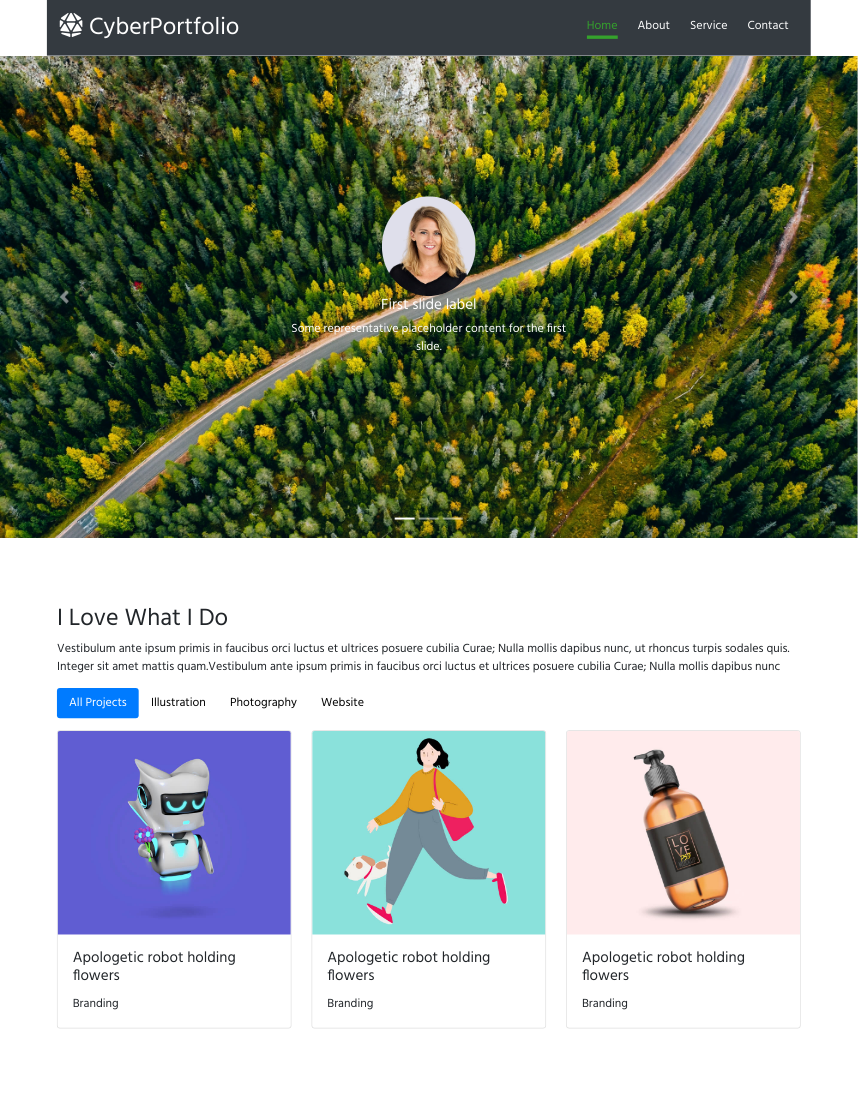
Repository: thanhfrankie/portfolio
Page: index.html
An editor plug-in stored every save of this project. The page is shown before and after the next save, followed by the edit.
The browser window is 1280 px wide. The pictures show the whole page, at 67% of full size.

Above is the page before, as saved 2023-11-30 09:40:41.

After the next save:
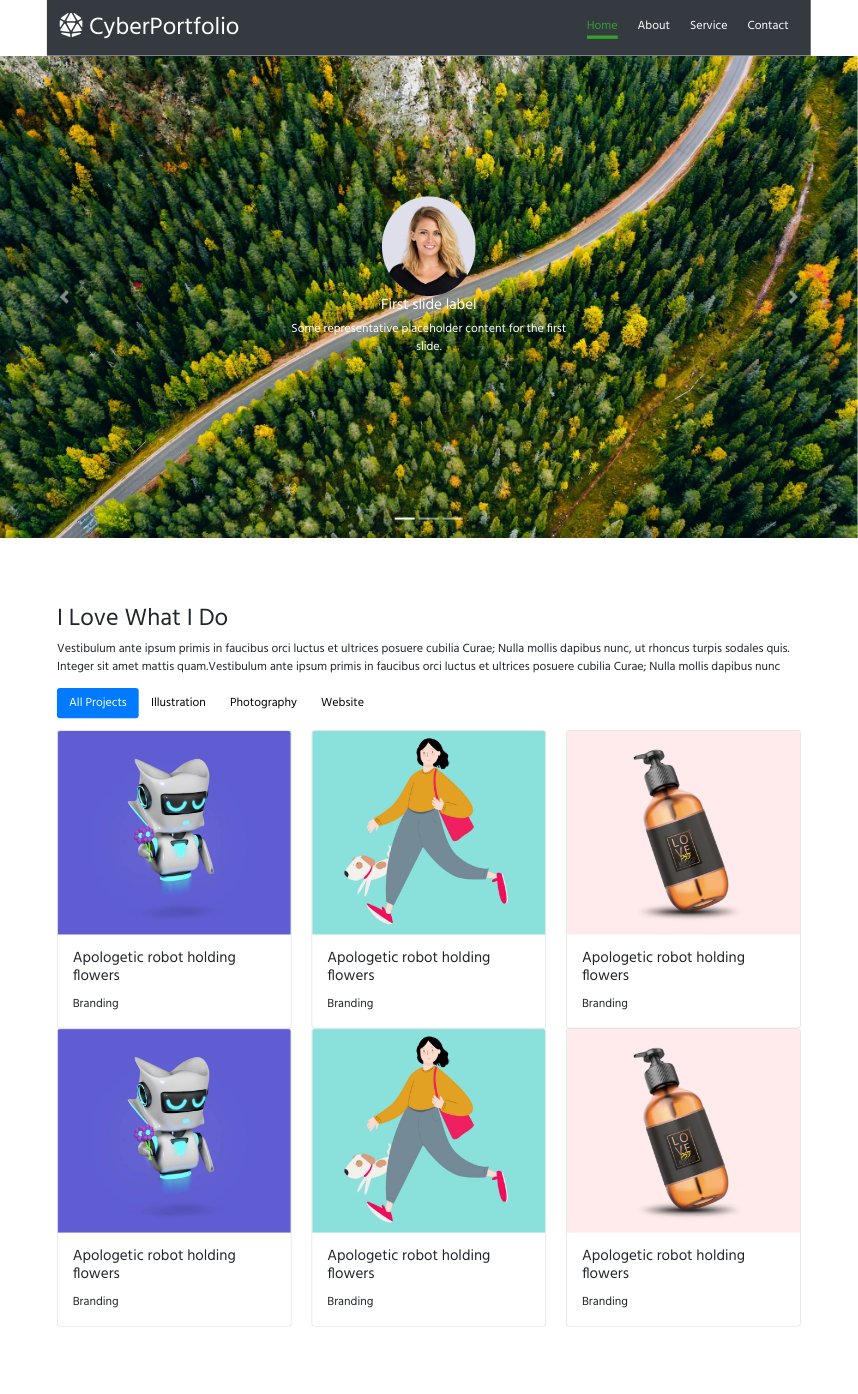
Saved 52 s later.
--- a/index.html
+++ b/index.html
@@ -158,7 +158,37 @@
               </div>
              </div>
              <!--! Cách 1: -->
-
+             <div class="row">
+              <div class="col-4">
+                <div class="card">
+                  <img src="./img/g1.jpg" class="card-img-top" alt="...">
+                  <div class="card-body">
+                    <h5 class="card-title">Apologetic robot holding flowers</h5>
+                    <p class="card-text">Branding</p>
+                  </div>
+                </div>
+              </div>
+              <div class="col-4">
+                <div class="card">
+                  <img src="./img/g2.jpg" class="card-img-top" alt="...">
+                  <div class="card-body">
+                    <h5 class="card-title">Apologetic robot holding flowers</h5>
+                    <p class="card-text">Branding</p>
+                  </div>
+                </div>
+
+              </div>
+              <div class="col-4">
+
+                <div class="card">
+                  <img src="./img/g3.jpg" class="card-img-top" alt="...">
+                  <div class="card-body">
+                    <h5 class="card-title">Apologetic robot holding flowers</h5>
+                    <p class="card-text">Branding</p>
+                  </div>
+                </div>
+              </div>
+             </div>
             </div>
             <div class="tab-pane fade" id="ilu" role="tabpanel" aria-labelledby="pills-profile-tab">Illustration</div>
             <div class="tab-pane fade" id="photo" role="tabpanel" aria-labelledby="pills-contact-tab">Photography</div>

After the save that followed:
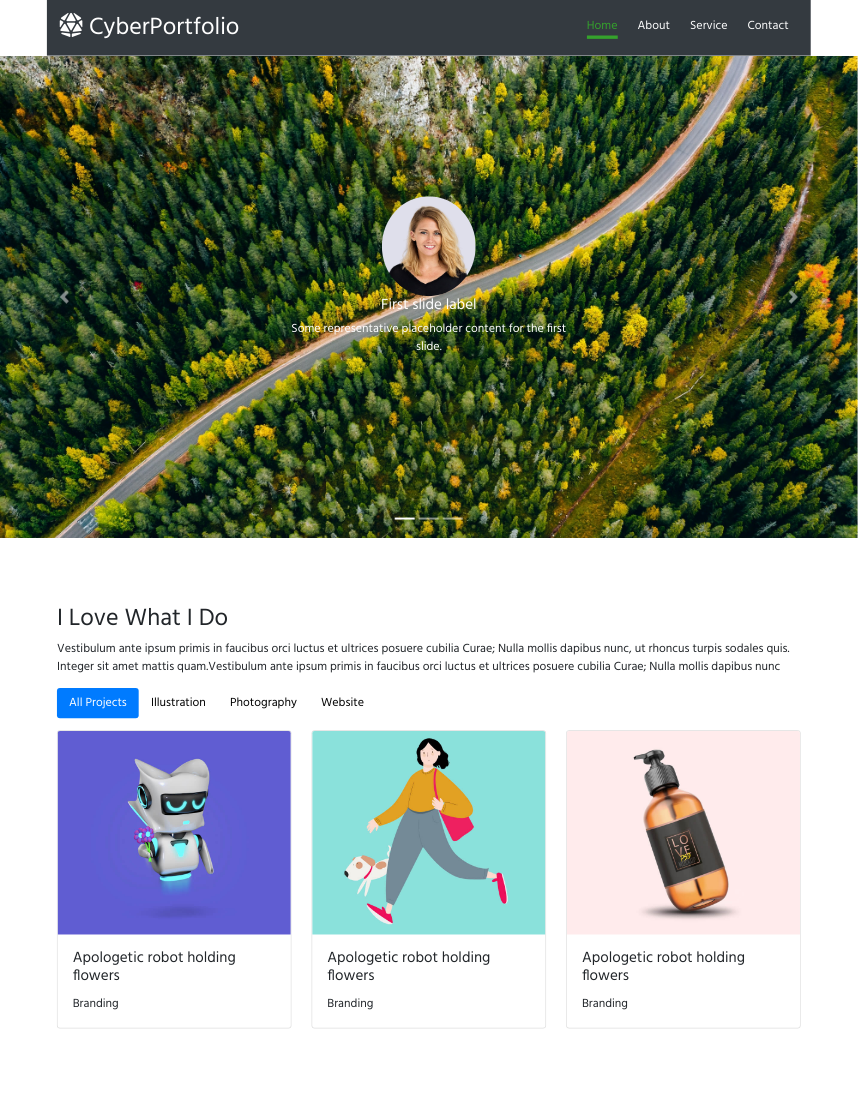
Saved 6 s later.
--- a/index.html
+++ b/index.html
@@ -158,7 +158,7 @@
               </div>
              </div>
              <!--! Cách 1: -->
-             <div class="row">
+             <!-- <div class="row">
               <div class="col-4">
                 <div class="card">
                   <img src="./img/g1.jpg" class="card-img-top" alt="...">
@@ -188,7 +188,7 @@
                   </div>
                 </div>
               </div>
-             </div>
+             </div> -->
             </div>
             <div class="tab-pane fade" id="ilu" role="tabpanel" aria-labelledby="pills-profile-tab">Illustration</div>
             <div class="tab-pane fade" id="photo" role="tabpanel" aria-labelledby="pills-contact-tab">Photography</div>
